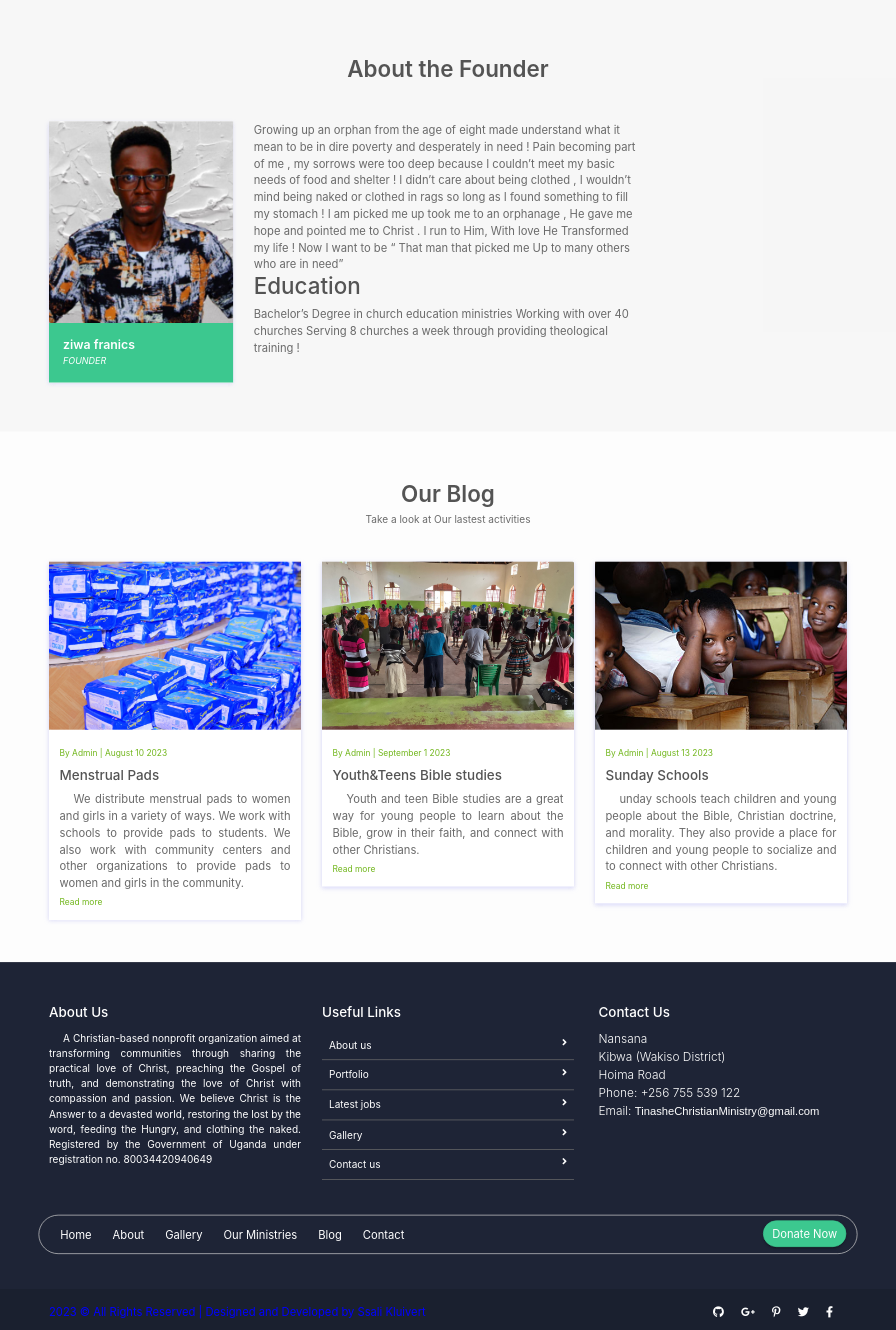
Repository: kluivert-ssali/Zziwa
Page: index.html
These files come from the project's save history. The page is drawn as it stood at one moment and after the next save; the edit follows.
The browser window is 1280 px wide. The pictures show the part of the page from y = 3518 to 5418 px (the page is 5424 px tall), at 70% of full size.
Backgrounds fixed to the window are drawn as part of the page.

Above is the page before, as saved 2023-11-27 21:59:23.

After the next save:
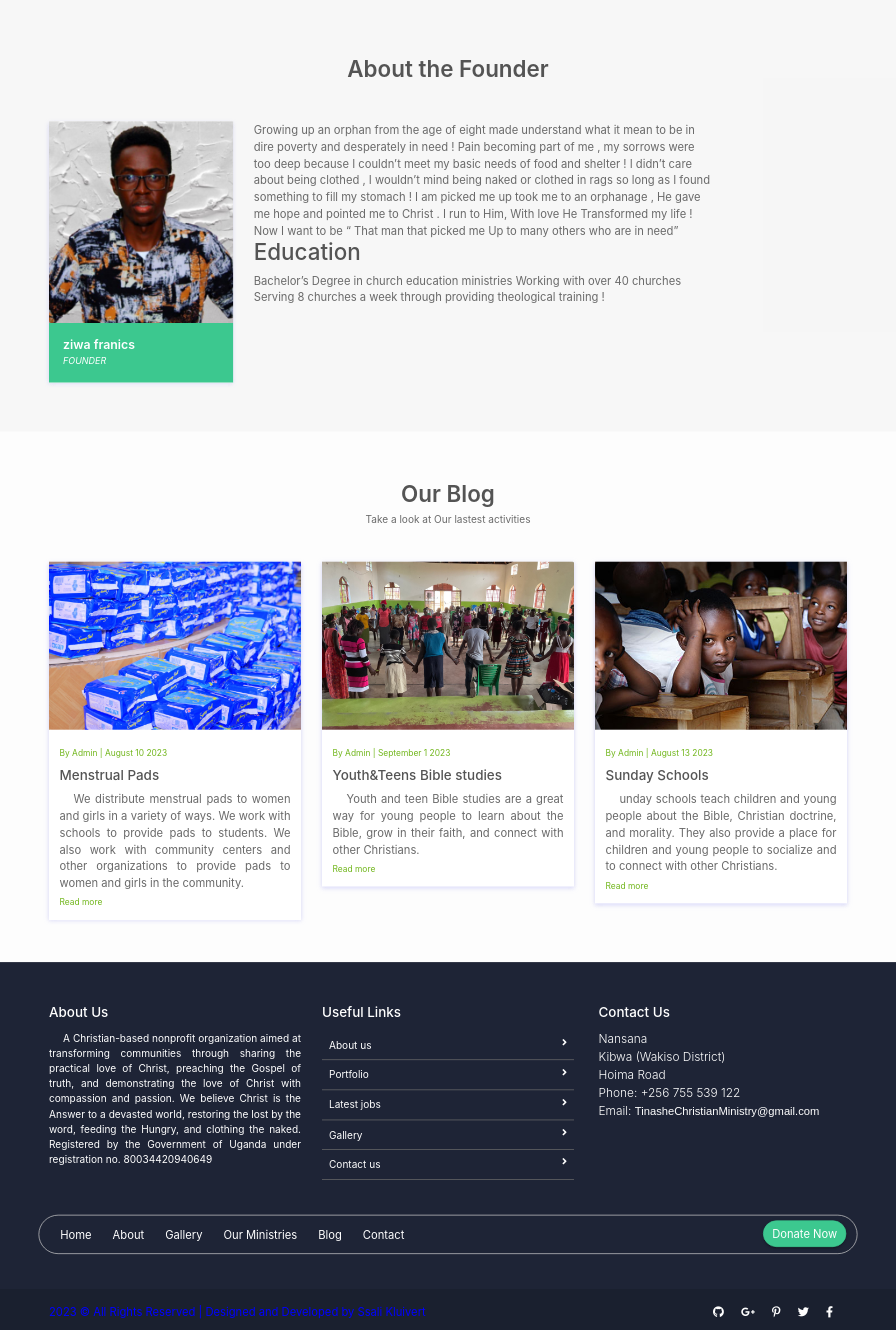
Saved 12 s later.
--- a/index.html
+++ b/index.html
@@ -412,7 +412,7 @@
               </div>
             </div>
           </div> -->
-          <div class="col-md-6">
+          <div class="col-md-7">
             <div>
               <p>
                 Growing up an orphan from the age of eight made understand what
